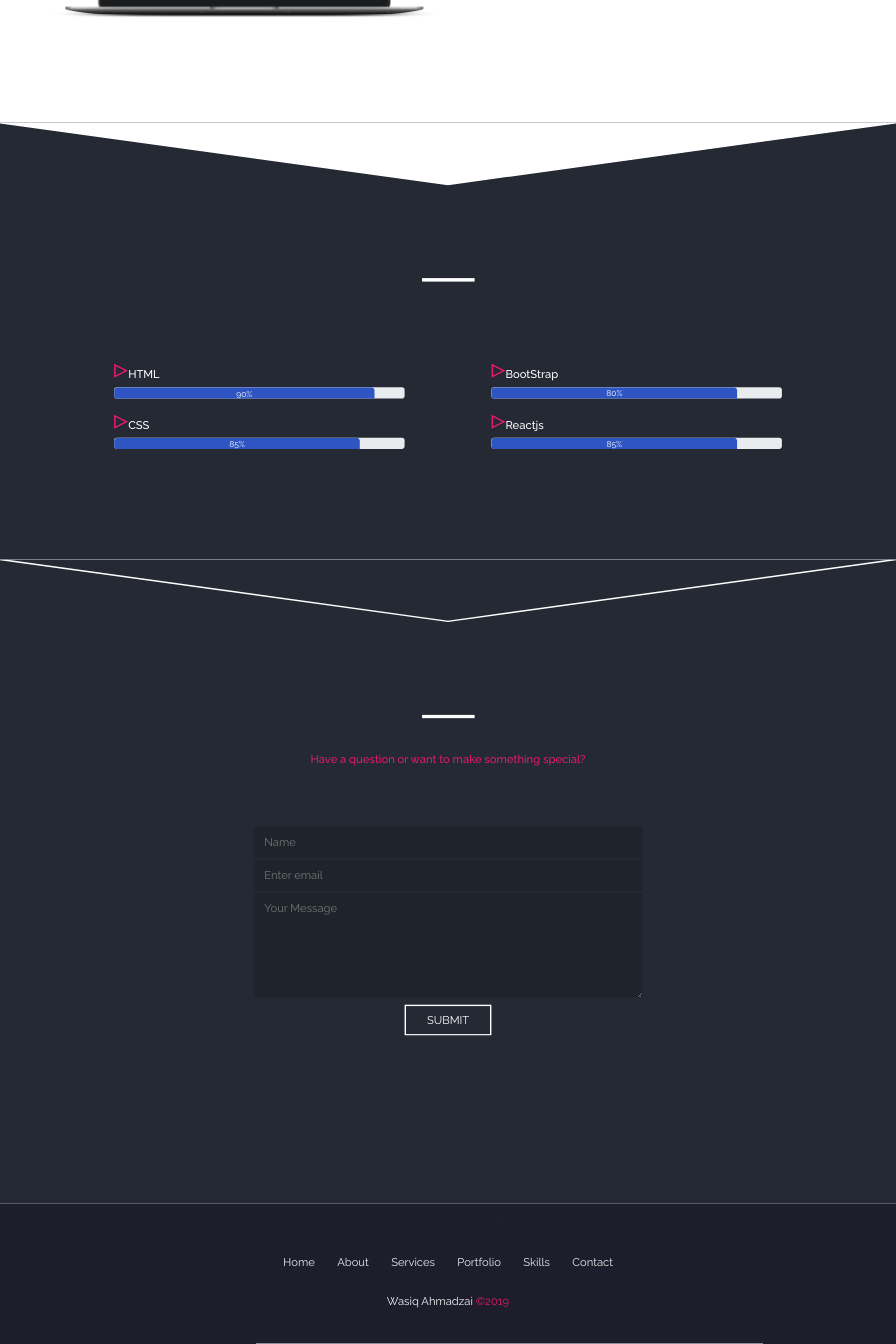
Repository: wasiqkhan/wasiqkhan.github.io
Page: index.html
These files come from the project's save history. The page is drawn as it stood at one moment and after the next save; the edit follows.
The browser window is 1280 px wide. The pictures show the part of the page from y = 3705 to 5625 px (the page is 5625 px tall before and 5257 px after), at 70% of full size.
Some web fonts or font styles are not loaded; a fallback is used.

Above is the page before, as saved 2020-11-06 17:09:35.
Not found: js/all.js
Not found: js/app.js
Not found: js/particles.js

After the next save:
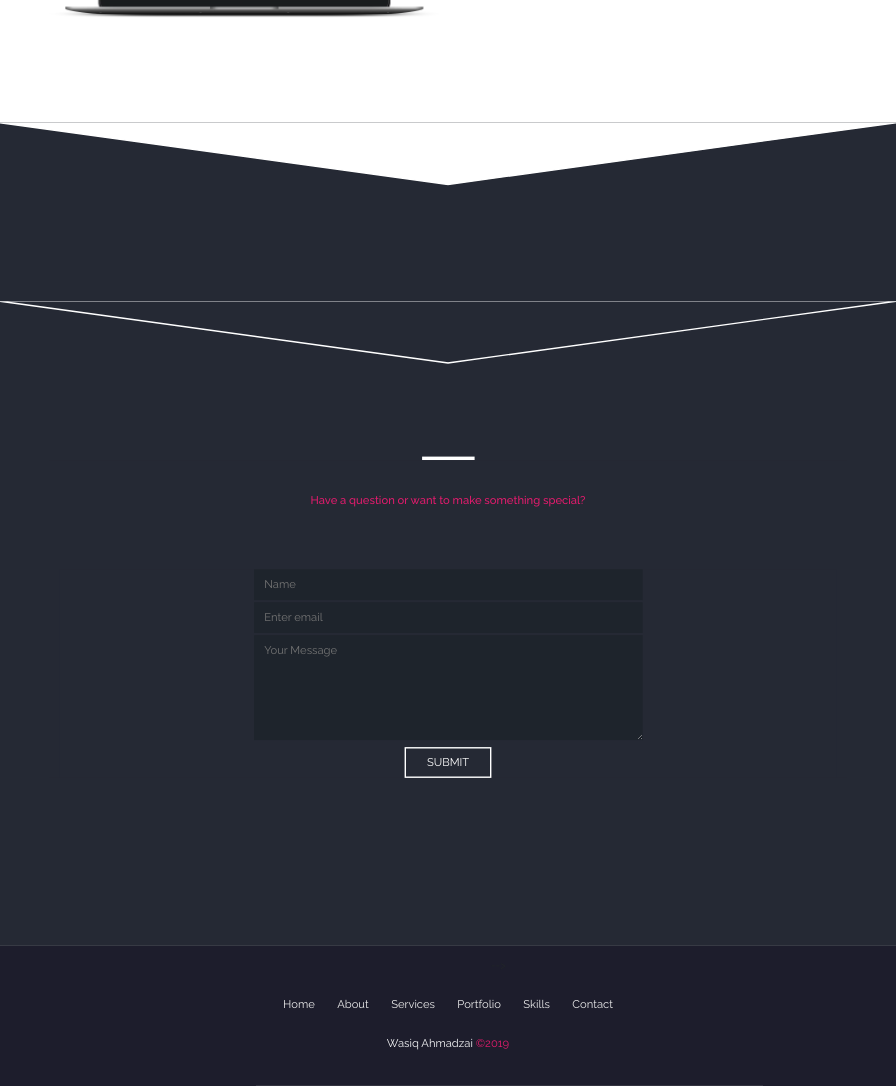
Saved 35 s later.
--- a/index.html
+++ b/index.html
@@ -312,8 +312,8 @@
       </svg>
 
       <div class="container-fluid">
-        <h2 class="text-center m-heading" style="color: #fff">Skills</h2>
-        <div class="line"></div>
+        <!-- <h2 class="text-center m-heading" style="color: #fff">Skills</h2>
+        <div class="line"></div> -->
         <!-- <ul class="list-inline text-center font-weight-bold my-4">
             <li  class="list-inline-item gallery-list-item e" data-filter="all">All<span class="mx-5 text-muted">/</span></li>
           <li  class="list-inline-item gallery-list-item e" data-filter="frontend">Frontend<span class="mx-5 text-muted">/</span>
@@ -325,7 +325,7 @@
 
           </li>
         </ul> -->
-        <div class="container">
+        <!-- <div class="container">
           <div class="skill-items">
             <div class="skill-group">
               <div class="skill-item filter frontend">
@@ -374,7 +374,7 @@
                 </div>
             </div>
           </div>
-        </div>
+        </div> -->
         <!-- <div class="container">
             <div class="skill-items">
                 <div class="skill-item filter frontend">
